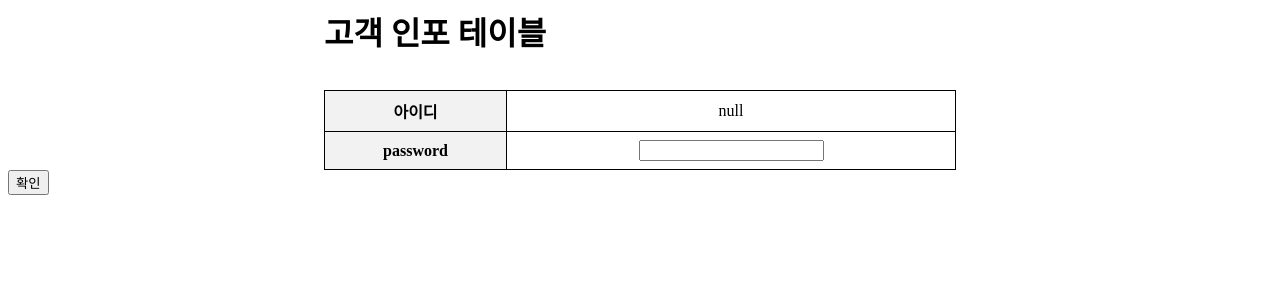
Repository: 2JISUN/hta-lecture-basic
Page: http://localhost/jsp03/info.jsp
An editor plug-in stored every save of this project. The page is shown before and after the next save, followed by the edit.
The browser window is 1280 px wide. The pictures show the whole page.
The page is served by Tomcat 10. Queries for data that is not in the repository find no rows.

Above is the page before, as saved 2023-09-15 06:39:43.

After the next save:
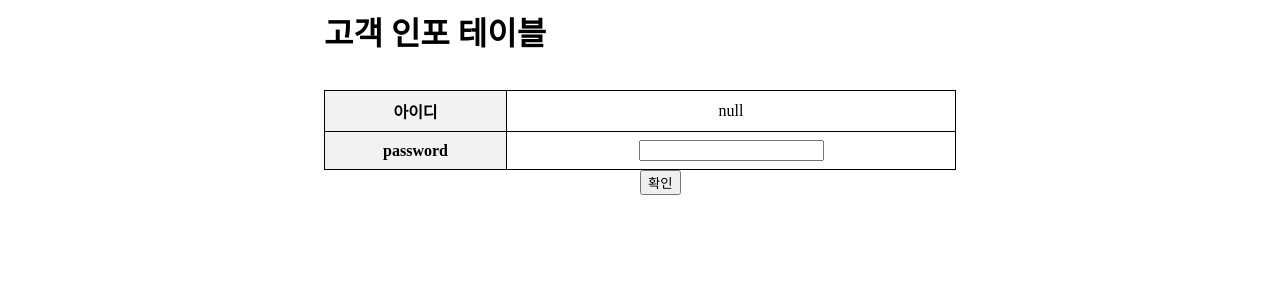
Saved 26 s later.
--- a/jsp-lecture/jsp03/src/main/webapp/info.jsp
+++ b/jsp-lecture/jsp03/src/main/webapp/info.jsp
@@ -27,8 +27,9 @@
         th {
             background-color: #f2f2f2;
         }
-
-            margin: 0 auto;
+        button {
+            position:absolute;
+            left:50%;
         }
     </style>
 </head>
